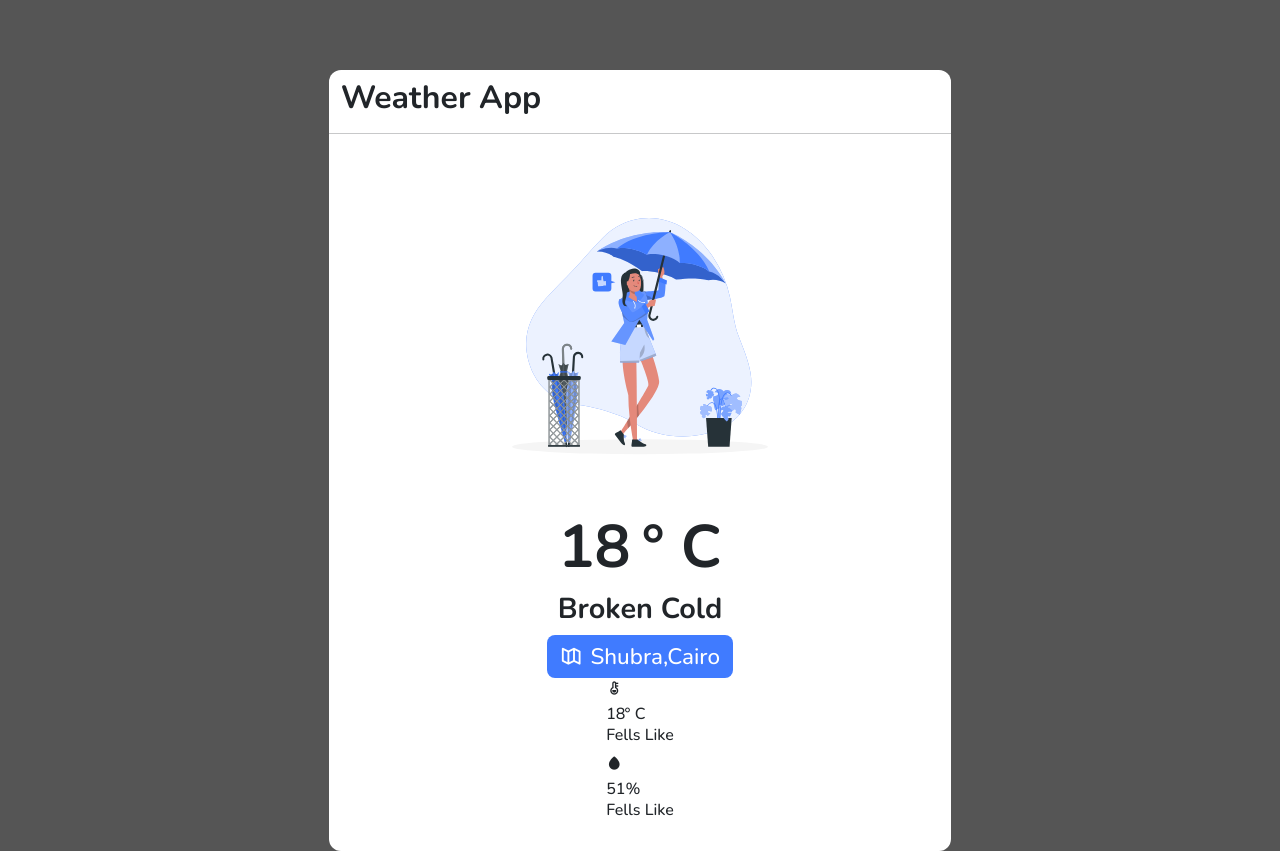
Repository: youssef168/Weather-App
Page: index.htm
These files come from the project's save history. The page is drawn as it stood at one moment and after the next save; the edit follows.
The browser window is 1280 px wide. The pictures show the whole page.

Above is the page before, as saved 2021-12-28 20:11:07.

### index.htm
<!DOCTYPE html>
<html lang="en">
<head>
    <meta charset="UTF-8">
    <meta http-equiv="X-UA-Compatible" content="IE=edge">
    <meta name="viewport" content="width=device-width, initial-scale=1.0">
    <link href="https://cdn.jsdelivr.net/npm/bootstrap@5.1.3/dist/css/bootstrap.min.css" rel="stylesheet" integrity="sha384-1BmE4kWBq78iYhFldvKuhfTAU6auU8tT94WrHftjDbrCEXSU1oBoqyl2QvZ6jIW3" crossorigin="anonymous">
    <link rel="preconnect" href="https://fonts.googleapis.com">
    <link rel="preconnect" href="https://fonts.gstatic.com" crossorigin>
    <link href="https://fonts.googleapis.com/css2?family=Nunito:ital,wght@0,300;0,500;0,600;0,700;0,900;1,200;1,300;1,400;1,500;1,700&family=Work+Sans:ital,wght@1,400;1,600&display=swap" rel="stylesheet">
    <link rel="stylesheet" href="./style.css">
    <link href='https://unpkg.com/boxicons@2.1.1/css/boxicons.min.css' rel='stylesheet'>

    <title>Document</title>
</head>
<body>
    <div class="container">
        <div class='row super'>
            <h2>Weather App</h2>
            <hr>
          <div class='col'>
              <div class="wearher-img">
                  <img class="w-100" src="./Umbrella-rafiki.svg" alt="">
              </div>
              <div class="weather-details">
                  <span class="degree">18</span>
                  <span class="sign">°</span>
                  <span class="sign-2">
                    C
                  </span>
                </div>
                <h4 class='weatherStatus'>Broken Cold</h4>
              <div class="location">
                <i class='bx bx-map-alt mr-4'></i>
                <span>Shubra,Cairo</span>
              </div>
              <div class="detail-box">
                  <div class="column fellLike">
                    <i class='bx bxs-thermometer'></i>
                    <div class="innerFeild">
                        <span class="degree-2">18</span>
                        <span class="sign">°</span>
                        <span class="sign-2">
                          C
                        </span>
                    </div>
                    <h6>Fells Like</h6>
                  </div>
              </div>
              <div class="detail-box">
                  <div class="column Humidity">
                    <i class='bx bxs-droplet'></i>
                    <div class="innerFeild">
                        <span class="degree-3">51%</span>
                    </div>
                    <h6>Fells Like</h6>
                  </div>
              </div>
          </div>
    </div>

    <script src="./script.js"></script>
    <script src="https://cdn.jsdelivr.net/npm/bootstrap@5.1.3/dist/js/bootstrap.bundle.min.js" integrity="sha384-ka7Sk0Gln4gmtz2MlQnikT1wXgYsOg+OMhuP+IlRH9sENBO0LRn5q+8nbTov4+1p" crossorigin="anonymous"></script>
</body>
</html>

### style.css
/* Start Global Rules */
body {
    font-family: 'Nunito', sans-serif;
    background: #555

}



.super {
    margin: auto;
    margin-top: 70px;
    width: fit-content;
    background: #fff;
    border-radius: 12px;
    /* background-image: url('./blob.svg');
    background-repeat: no-repeat;
    background-size: covere; */
}

/* end Global Rules */

h2 {
    font-weight: bold !important;
    /* font-size: 3.6rem !important; */
    line-height: 55px ;
}

.container {
    padding: 0;
}

.wearher-img {
    width: 330px;
}

.col {
    padding: 22px;
    display: flex !important;
    flex-direction: column;
    justify-content: center;
    align-items: center;
}

.weather-details {
    font-size: 60px;
    font-weight: bold;
}

.sign {
    margin-left: -5px;
}

.weatherStatus {
    font-weight: bolder;
    font-size: 1.8rem;
}

.location {
    font-size: 1.4rem;
    display: flex;
    align-items: center;
    background-color: #407BFF;
    padding: 5px 13px;
    color: #fff;
    border-radius: 8px;

}

.location .bx-map-alt {
    margin-right: 8px;
}

.detail-box {
    display: flex;
    flex-direction: row;
}

Loaded but not shown: script.js (no copy from this time; the picture is the same without it)

After the next save:
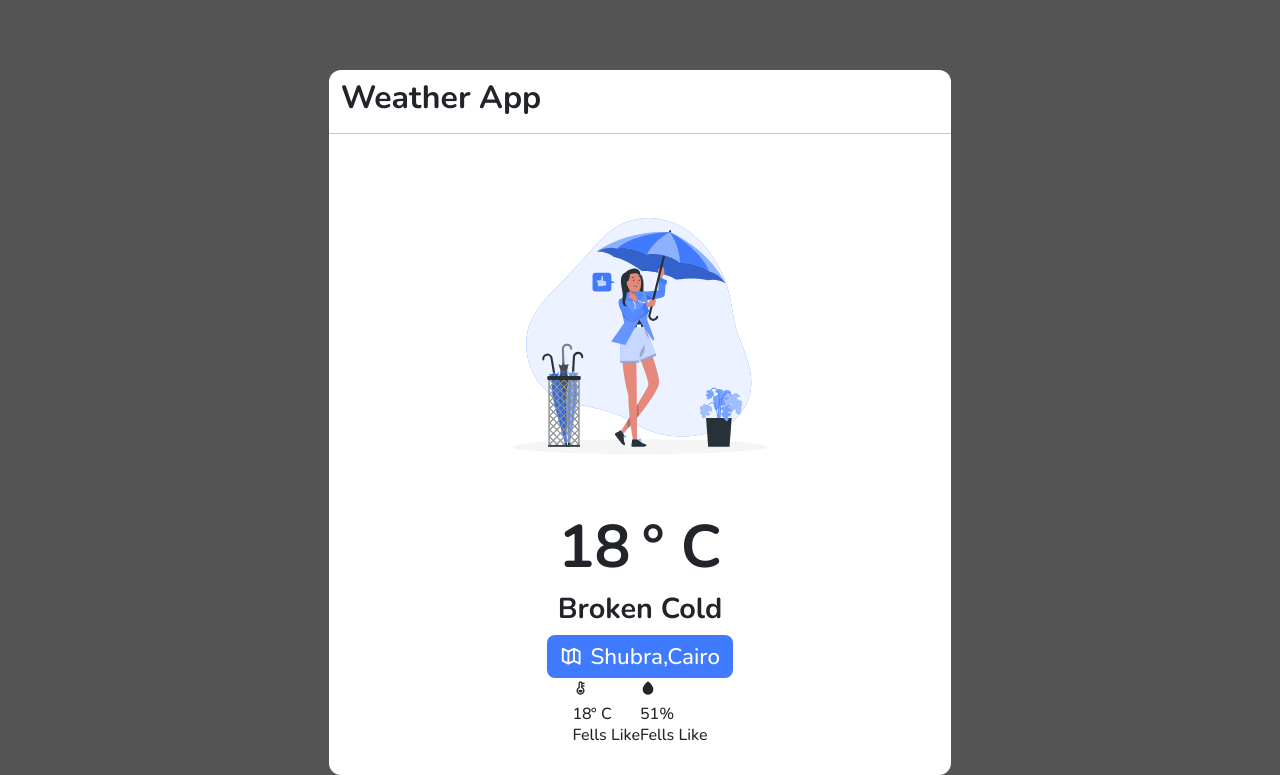
Saved 48 s later.
--- a/index.htm
+++ b/index.htm
@@ -46,16 +46,15 @@
                     </div>
                     <h6>Fells Like</h6>
                   </div>
-              </div>
-              <div class="detail-box">
+
                   <div class="column Humidity">
-                    <i class='bx bxs-droplet'></i>
-                    <div class="innerFeild">
-                        <span class="degree-3">51%</span>
+                      <i class='bx bxs-droplet'></i>
+                      <div class="innerFeild">
+                          <span class="degree-3">51%</span>
+                        </div>
+                        <h6>Fells Like</h6>
                     </div>
-                    <h6>Fells Like</h6>
-                  </div>
-              </div>
+                    </div>
           </div>
     </div>
 

After the 5 saves that followed:
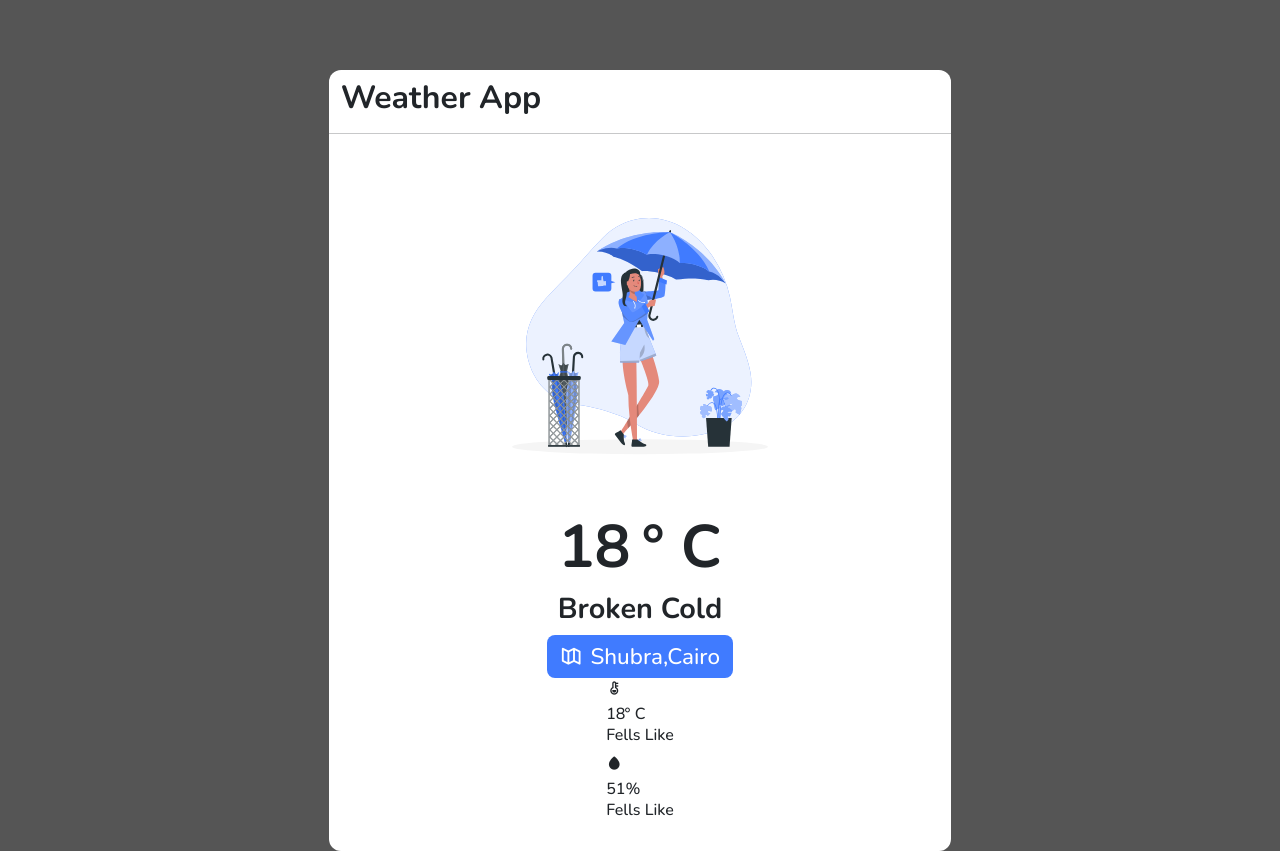
The 5 saves are shown as one change because 4 left the picture as it was.
The last was saved 110 s later.
--- a/index.htm
+++ b/index.htm
@@ -45,7 +45,6 @@
                         </span>
                     </div>
                     <h6>Fells Like</h6>
-                  </div>
 
                   <div class="column Humidity">
                       <i class='bx bxs-droplet'></i>
--- a/style.css
+++ b/style.css
@@ -73,5 +73,5 @@ h2 {
 
 .detail-box {
     display: flex;
-    flex-direction: row;
+    justify-content: space-around !important;
 }
